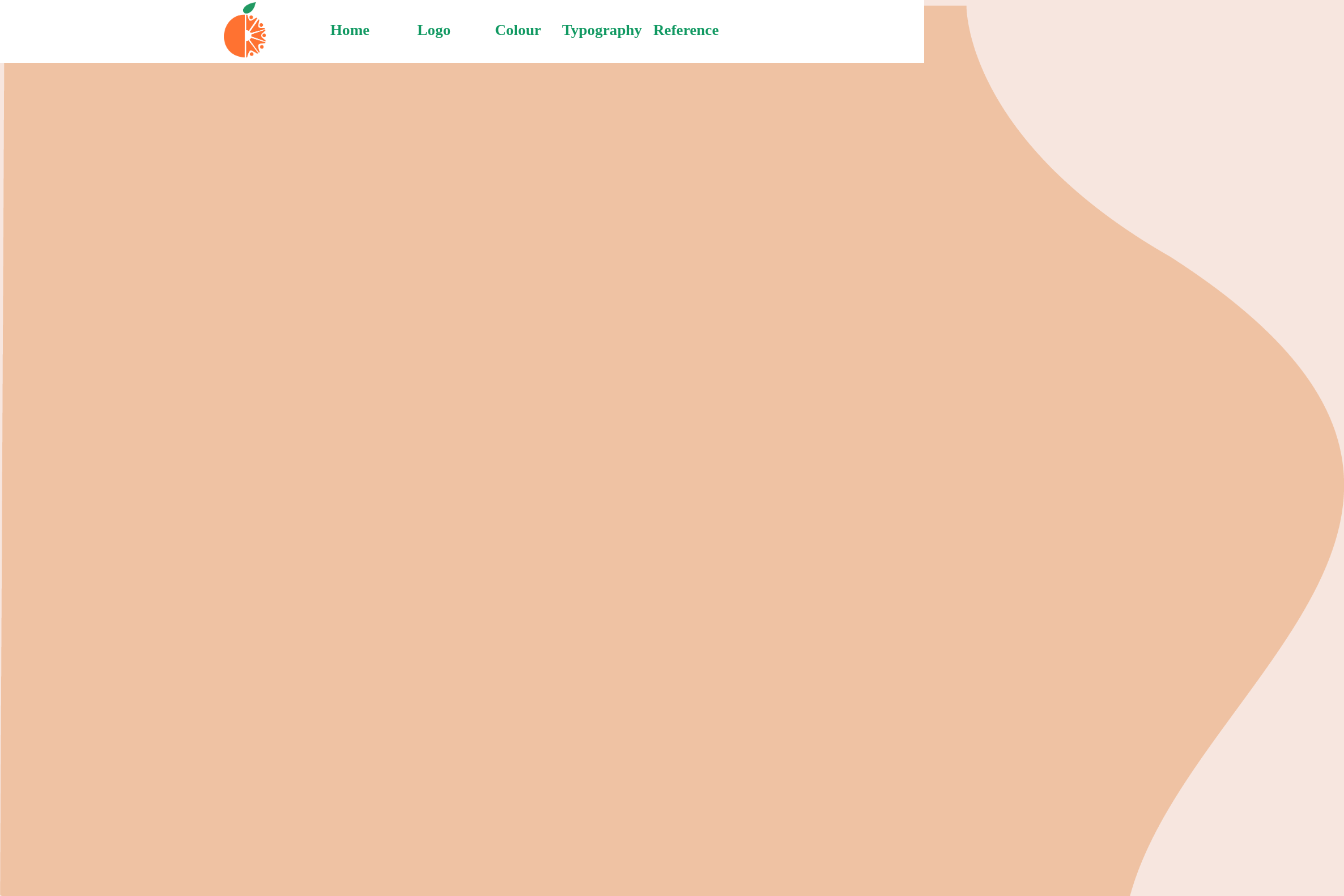
Repository: anagarango/fridgygostyle
Page: http://localhost/typo.php
These files come from the project's save history. The page is drawn as it stood at one moment and after the next save; the edit follows.
The browser window is 1280 px wide. The page is 1920 px wide, so the pictures cover 1920 px, including what lies to the right of the window. The pictures show the part of the page from y = 0 to 1280 px (the page is 2148 px tall before and 2132 px after), at 70% of full size.
Some web fonts or font styles are not loaded; a fallback is used. The page is run by PHP 8.4 with error messages shown; the project is at /var/www/html/.

Above is the page before, as saved 2022-03-22 18:27:40.

### typo.php
<!DOCTYPE html>
<html lang="en">
<head>
    <meta charset="UTF-8">
    <meta http-equiv="X-UA-Compatible" content="IE=edge">
    <meta name="viewport" content="width=device-width, initial-scale=1.0">
    <title>Document</title>
    <style>
        .typo{
            width: 150%;
            /* margin-top: -16px; */
        }
    </style>
</head>
<body>

    <?php include 'header.php';?>

    <div class="text">Typography</div>
    <img class="typo" src="imgs/blob.png">

    <?php include 'footer.php';?>

</body>
</html>

### header.php
<!DOCTYPE html>
<html lang="en">
<head>
    <meta charset="UTF-8">
    <meta http-equiv="X-UA-Compatible" content="IE=edge">
    <meta name="viewport" content="width=device-width, initial-scale=1.0">
    <title>Document</title>
    <style>
        @import url('https://fonts.googleapis.com/css2?family=Staatliches&display=swap');
        html{
            background-color: rgb(253, 241, 227);
            background-color: #f7e6df
        }
        body{
            margin: -10px 0 0 0;
            font-family: Arial, Helvetica, sans-serif;
        }
        .header{
            display: flex;
            position: fixed;
            margin-top: -5px;
            background-color: white;
            height: 105px;
            width: 100vw;
            justify-content: center;
            align-items: center;
            z-index: 1;
            font-family: 'Staatliches', cursive;
        }
        .header > a {
            display: flex;
            justify-content: center;
            align-items: center;
            padding-top:10px;
            width: 120px;
            height: 95px;
            font-size: 22px;
            color: #119962;
            text-decoration: none;
            font-weight: 600;
        }
        .header > .hover:hover {
            font-size: 26px;
            background-color: #efc2a3;
            color: rgb(163, 98, 45);
            transition: 0.4s;
            font-weight: 800;
        }
        .logo {
            width: 100px;
            margin-top:35px;
            height: 100%;
            background-image: url("imgs/final_logo.png");
            background-size: 50%;
            background-repeat: no-repeat;

        }
    </style>
</head>
<body>
    <ul class="header">
        <a class="logo" href="index.php"></a>
        <a class="hover" href="index.php">Home</a>
        <a class="hover" href="logo.php">Logo</a>
        <a class="hover" href="colour.php">Colour</a>
        <a class="hover" href="typo.php">Typography</a>
        <a class="hover" href="ref.php">Reference</a>
    </ul>
</body>
</html>

### footer.php
<!DOCTYPE html>
<html lang="en">
<head>
    <meta charset="UTF-8">
    <meta http-equiv="X-UA-Compatible" content="IE=edge">
    <meta name="viewport" content="width=device-width, initial-scale=1.0">
    <title>Document</title>
    <style>
        .footer{
            display: flex;
            justify-content: center;
            align-items: center;
            flex-direction: column;
            margin-top: 0px;
            padding-bottom: 15px;
            background-color: rgb(204, 136, 81);
            font-family: 'Staatliches', cursive;
        }

        .line{
            width: 100%;
            border-top: 15px dotted #efc2a3;
            margin-top: -15px;
        }

        .brand_name{
            font-size: 22px;
            color: white;
        }

        .copy_right {
            font-size: 20px;
            color: white;
        }

        .team1{
            font-weight: 500;
            font-size: 20px;
            color: white;
        }
</style>
</head>
<body>
    <div class="footer">
        <hr class="line">
        <h1 class="brand_name"> FRIDGYGO</h1>
        <h1 class="copy_right">©2022</h1>
        <h3 class="team1">Team #1: Ana Arango, Renata Dzotova, and Elizabeth Melgarejo-Lazarte </h3>
    </div>
</body>
</html>

After the next save:
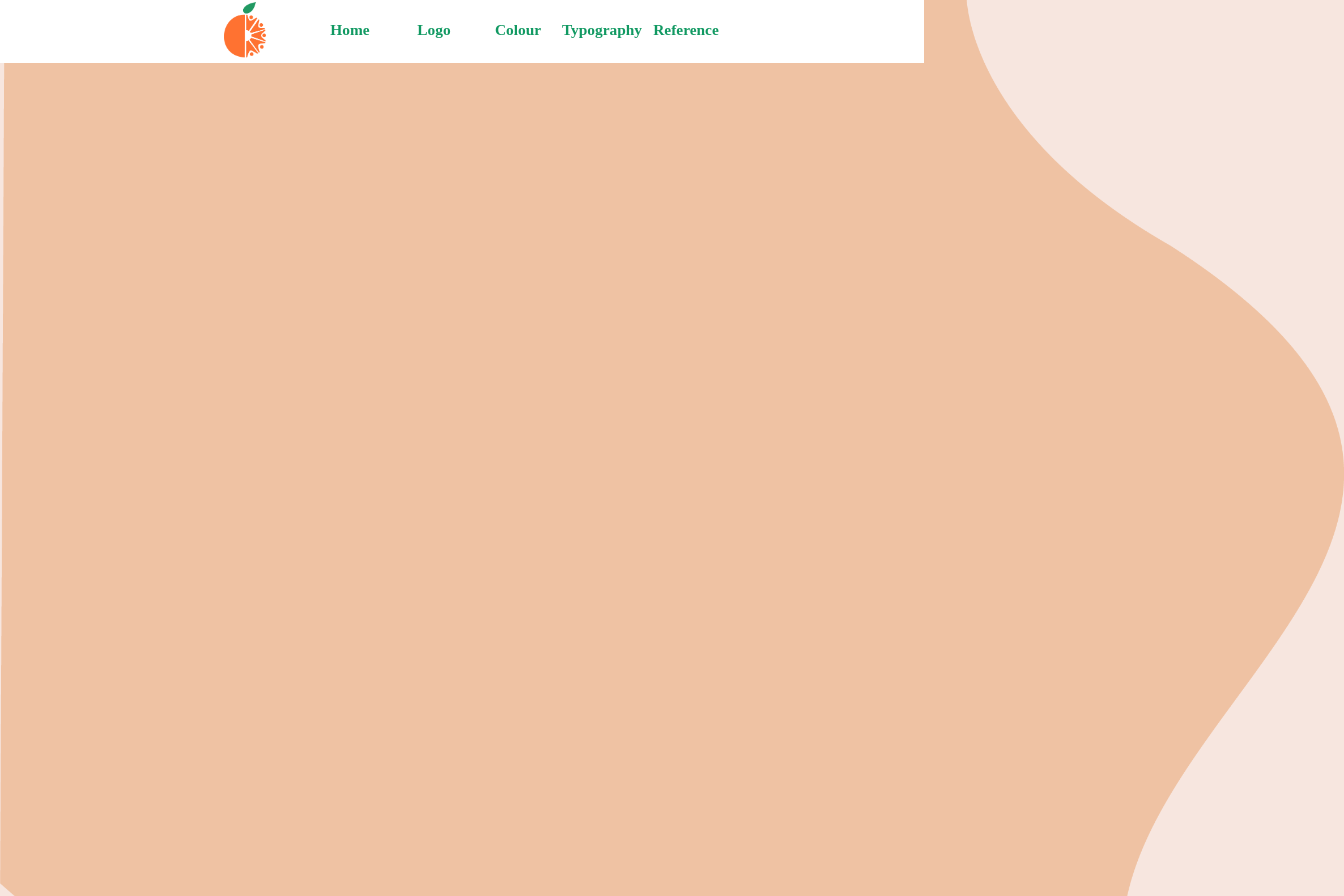
Saved 8 s later.
--- a/typo.php
+++ b/typo.php
@@ -8,7 +8,7 @@
     <style>
         .typo{
             width: 150%;
-            /* margin-top: -16px; */
+            margin-top: -16px;
         }
     </style>
 </head>
